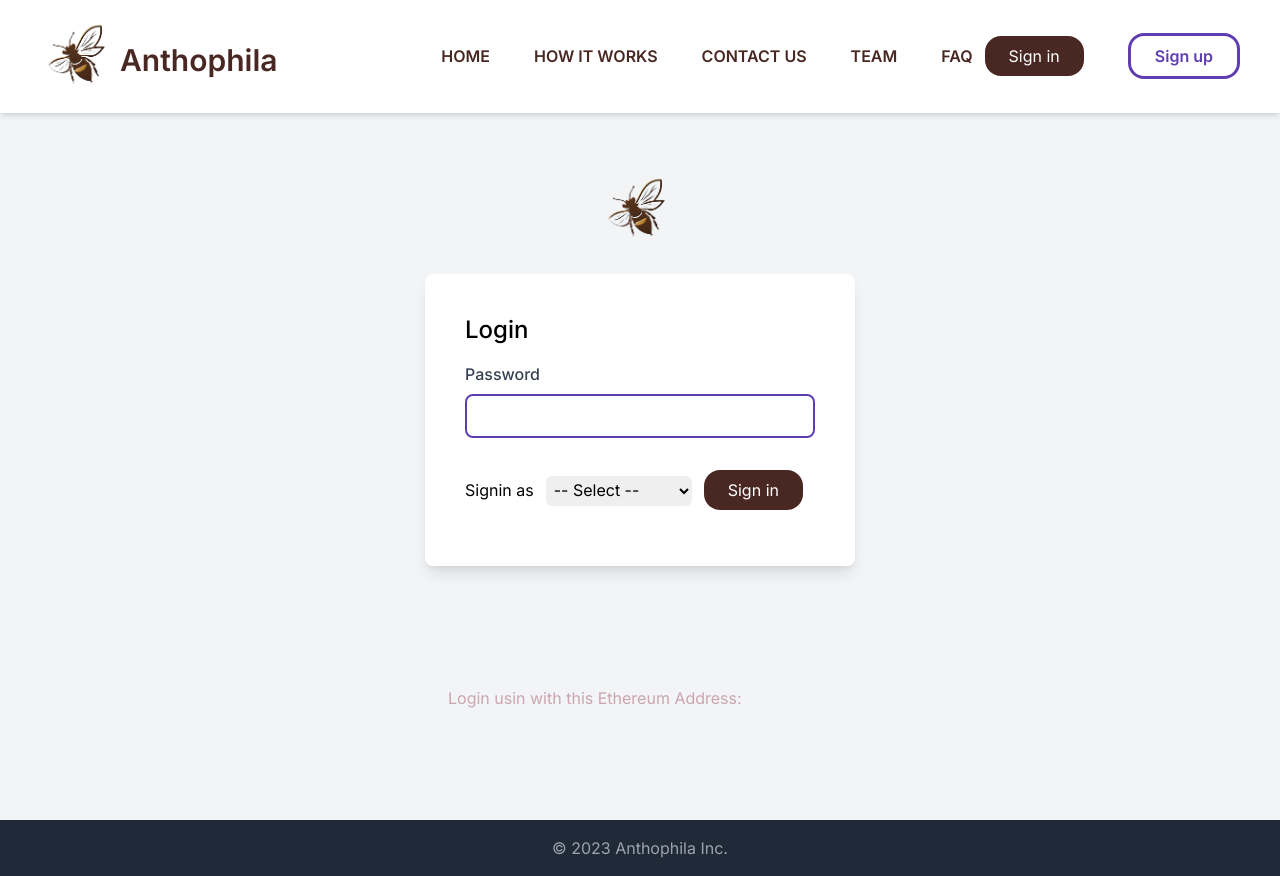
Repository: marcusdashe/anthophila
Page: /signinOption
The author's editor kept a copy of each file at every save. The page is drawn from the files as they stood at one save, then again after the next save.
The browser window is 1280 px wide. The pictures show the whole page.
The project was rebuilt for these pictures with package versions that can differ from the ones it lists, and the page was loaded fresh each time. The framework's server and built-in components were replaced by stand-ins that run in the browser. Also part of the build but not shown: next.config.js.

Above is the page before, as saved 2023-03-14 14:31:19.

After the next save:
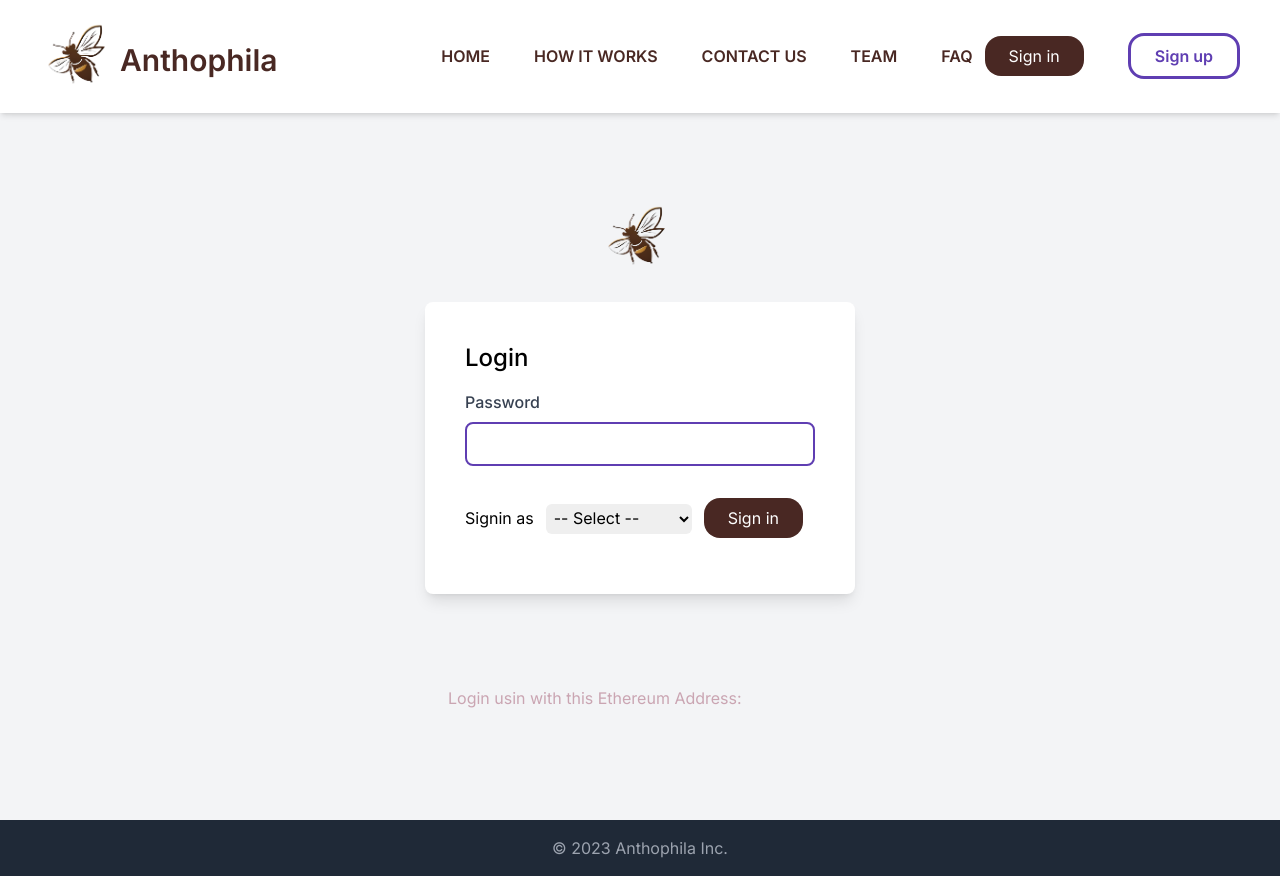
Saved 43 s later.
--- a/pages/signinOption.js
+++ b/pages/signinOption.js
@@ -90,7 +90,7 @@ const Signin = () => {
           </form>
         </div>
         <p className="text-[#FBE7EE] w-[30%] my-10">{error}</p>
-        <p className="text-[#caa5b2] w-[30%] my-10">
+        <p className="text-[#caa5b2] w-[30%] my-3">
           Login usin with this Ethereum Address: {ethaddress}
         </p>
       </div>
